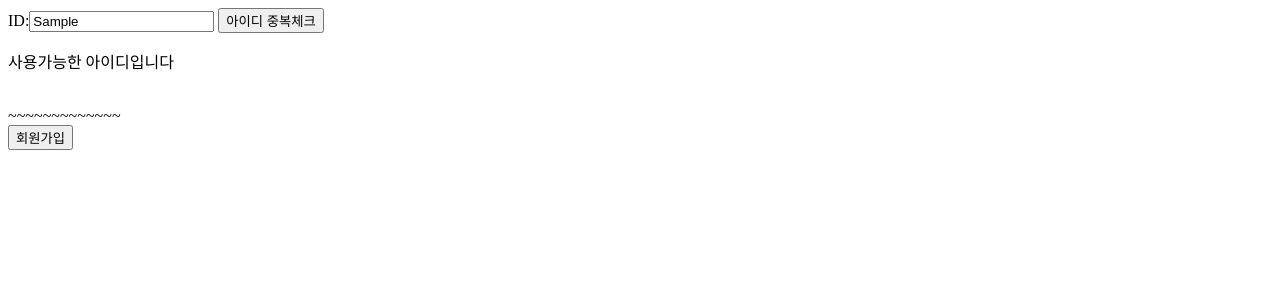
Repository: sanghshlsh/workspace_jsp
Page: http://localhost/Test060501/NewFile.jsp
These files come from the project's save history. The page is drawn as it stood at one moment and after the next save; the edit follows.
The browser window is 1280 px wide. The pictures show the whole page.
Empty fields were first filled with sample values (such as "Sample", 5 or name@example.com).
After loading, the first visible `button` was clicked once.
The page is served by Tomcat 9. Other server files are loaded and not shown.

Above is the page before, as saved 2020-06-05 01:23:12.

### Test060501/WebContent/NewFile.jsp
<%@ page language="java" contentType="text/html; charset=UTF-8"
	pageEncoding="UTF-8"%>
<%@ taglib uri="http://java.sun.com/jsp/jstl/core" prefix="c"%>
<%@ taglib uri="http://java.sun.com/jsp/jstl/fmt" prefix="fmt"%>
<%@ taglib uri="http://java.sun.com/jsp/jstl/functions" prefix="fn"%>
<!DOCTYPE html>
<html>
<head>
<meta charset="UTF-8">
<title>Insert title here</title>

<script
	src="https://ajax.googleapis.com/ajax/libs/jquery/3.5.1/jquery.min.js"></script>

</head>
<body>
	<form action="insert.do" method="post">

		ID:<input name="id" id="id">
		<button>아이디 중복체크</button>
		<p></p>
		<br> ~~~~~~~~~~~~~ <br>
		 <input type="submit" value="회원가입">



	</form>


	<script type="text/javascript">
		$(document).ready(function() {

			$("button").click(function(event) {
				event.preventDefault();

				var id = $("#id").val();

$.ajax({

	type:"get",
	url:"idcheck",
	data:{
		id :id
	},
	dataType:"text",
	success:function(result){
		$("p").text(result);
		<%--alert(result);--%>
	}

});

			});

		});
	</script>



</body>
</html>

### Test060501/src/com/naver/IDchecker.java
package com.naver;

import java.io.IOException;
import javax.servlet.ServletException;
import javax.servlet.annotation.WebServlet;
import javax.servlet.http.HttpServlet;
import javax.servlet.http.HttpServletRequest;
import javax.servlet.http.HttpServletResponse;

/**
 * Servlet implementation class IDchecker
 */
@WebServlet("/idcheck")
public class IDchecker extends HttpServlet {
	private static final long serialVersionUID = 1L;

    /**
     * @see HttpServlet#HttpServlet()
     */
    public IDchecker() {
        super();
        // TODO Auto-generated constructor stub
    }

	/**
	 * @see HttpServlet#doGet(HttpServletRequest request, HttpServletResponse response)
	 */
	protected void doGet(HttpServletRequest request, HttpServletResponse response) throws ServletException, IOException {

	String id=request.getParameter("id");
	//별도의 커맨드 클래스
	System.out.println("별도의 command클래스를 지정하여 실행");
	System.out.println("command클래스 내에서 DAO객체 생성하고 해당 메서드 호출 데이터 반환");
	boolean idCheck=false;

	if(!idCheck) {

		response.getWriter().print("사용가능한 아이디입니다");
	}else {
		System.out.println("사용 불가능한 아이디입니다");
	}






	}

	/**
	 * @see HttpServlet#doPost(HttpServletRequest request, HttpServletResponse response)
	 */
	protected void doPost(HttpServletRequest request, HttpServletResponse response) throws ServletException, IOException {
		// TODO Auto-generated method stub
		doGet(request, response);
	}

}

After the next save:
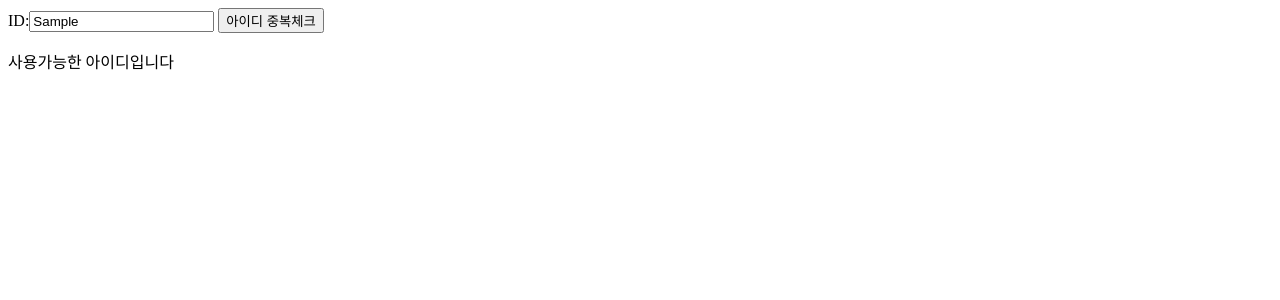
Saved 94 s later.
--- a/Test060501/WebContent/NewFile.jsp
+++ b/Test060501/WebContent/NewFile.jsp
@@ -18,7 +18,7 @@
 
 		ID:<input name="id" id="id">
 		<button>아이디 중복체크</button>
-		<p></p>
+		<p>
 		<br> ~~~~~~~~~~~~~ <br>
 		 <input type="submit" value="회원가입">
 
@@ -45,7 +45,7 @@ $.ajax({
 	dataType:"text",
 	success:function(result){
 		$("p").text(result);
-		<%--alert(result);--%>
+		<%--alert(result);--%>alert(result);
 	}
 
 });
